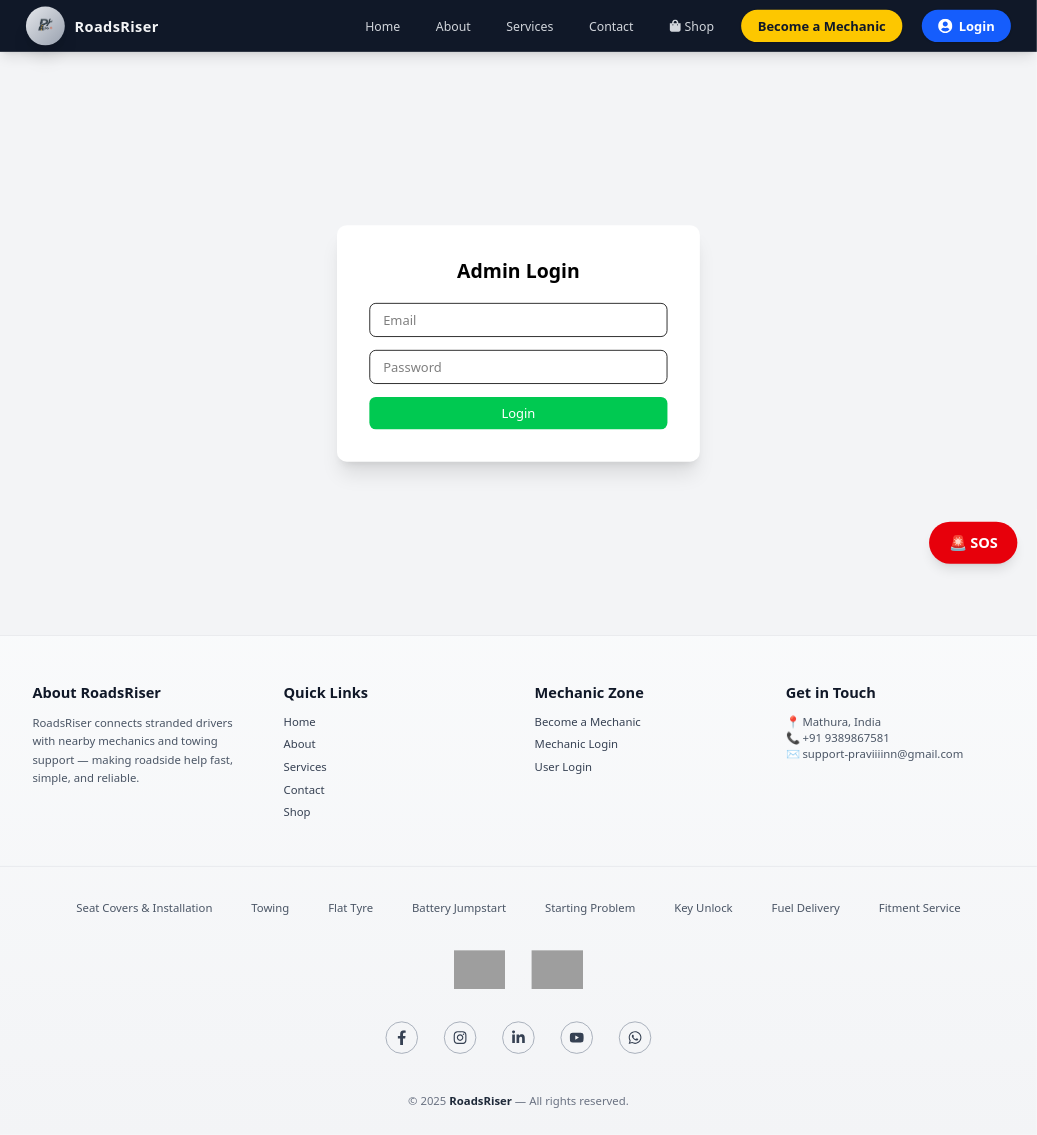
Repository: pravin-8859/ROADSRISER-APP
Page: /admin/login (app in frontend/)
An editor plug-in stored every save of this project. The page is shown before and after the next save, followed by the edit.
The browser window is 1280 px wide. The pictures show the whole page, at 81% of full size.
Pictures or frames that could not be fetched are drawn as grey boxes. The project was rebuilt for these pictures with package versions that can differ from the ones it lists, and the page was loaded fresh each time. Also part of the build but not shown: frontend/vite.config.js, frontend/src/components/MainSection.jsx, frontend/src/pages/Home.jsx, frontend/src/pages/MechanicSearch.jsx, frontend/src/pages/RequestHelp.jsx, frontend/src/pages/Shop.jsx, frontend/src/pages/About.jsx, frontend/src/pages/Services.jsx and 16 more.

Above is the page before, as saved 2025-11-20 15:10:00.

### frontend/src/App.jsx
import React from "react";
import { BrowserRouter as Router, Routes, Route, Navigate } from "react-router-dom";
import Navbar from "./components/Navbar";
import Footer from "./components/Footer";
import Home from "./pages/Home"; // keep if exists
import MechanicSearch from "./pages/MechanicSearch";
import RequestHelp from "./pages/RequestHelp";
import Shop from "./pages/Shop";
import About from "./pages/About";
import Services from "./pages/Services";
import Contact from "./pages/Contact";
import UserSignup from "./pages/UserSignup";
import UserLogin from "./pages/UserLogin";
import DashboardUser from "./pages/user/DashboardUser";
import MechanicSignup from "./pages/MechanicSignup";
import MechanicLogin from "./pages/MechanicLogin";
import DashboardMechanic from "./pages/DashboardMechanic"; // full mechanic dashboard demo
import ForgotPassword from "./pages/ForgotPassword";
import ResetPassword from "./pages/ResetPassword";
import ScrollToTop from "./components/ScrollToTop";
import SOSButton from "./components/SOSButton";

import AdminLogin from "./pages/AdminLogin";
import DashboardAdmin from "./pages/DashboardAdmin";

export default function App() {
  return (
    <Router>
      <Navbar />
      <div className="pt-16">
        <ScrollToTop />
        <Routes>
          <Route path="/user/signup" element={<UserSignup />} />
          <Route path="/user/login" element={<UserLogin />} />
          <Route path="/user/dashboard" element={<DashboardUser />} />
          <Route path="/auth/mechanic/signup" element={<MechanicSignup />} />
          <Route path="/auth/mechanic/login" element={<MechanicLogin />} />
          <Route path="/mechanic/dashboard" element={<DashboardMechanic />} />
          <Route path="/forgot-password" element={<ForgotPassword />} />
          <Route path="/reset-password/:token" element={<ResetPassword />} />
          <Route path="/about" element={<About />} />
          <Route path="/services" element={<Services />} />
          <Route path="/contact" element={<Contact />} />
          <Route path="/shop" element={<Shop />} />
          <Route path="/mechanic-search" element={<MechanicSearch />} />
          <Route path="/request-help" element={<RequestHelp />} />
          <Route path="/" element={<Home />} />
          <Route path="*" element={<Navigate to="/user/login" />} />

          <Route path="/admin/login" element={<AdminLogin/>} />
          <Route path="/admin/dashboard" element={<DashboardAdmin/>} />
        </Routes>
        <Footer />
        <SOSButton />
      </div>
    </Router>
  );
}

### frontend/src/components/Footer.jsx
import { Link } from "react-router-dom";
import {
  FaFacebookF,
  FaInstagram,
  FaLinkedinIn,
  FaYoutube,
  FaWhatsapp,
} from "react-icons/fa";

export default function Footer() {
  return (
    <footer className="relative bg-gradient-to-b from-gray-50 to-gray-100 dark:from-gray-900 dark:to-gray-950 text-gray-700 dark:text-gray-300 border-t border-gray-200 dark:border-gray-800 transition-colors duration-500">

      {/* 🌟 TOP SECTION */}
      <div className="max-w-7xl mx-auto px-6 sm:px-8 lg:px-10 py-14
                      grid grid-cols-1 sm:grid-cols-4 gap-10">

        {/* About */}
        <div>
          <h2 className="text-lg font-semibold text-gray-900 dark:text-white mb-3">
            About RoadsRiser
          </h2>
          <p className="text-sm leading-relaxed text-gray-600 dark:text-gray-400">
            RoadsRiser connects stranded drivers with nearby mechanics and towing
            support — making roadside help fast, simple, and reliable.
          </p>
        </div>

        {/* Quick Links */}
        <div>
          <h2 className="text-lg font-semibold text-gray-900 dark:text-white mb-3">
            Quick Links
          </h2>
          <ul className="space-y-2 text-sm">
            {[
              { to: "/", label: "Home" },
              { to: "/about", label: "About" },
              { to: "/services", label: "Services" },
              { to: "/contact", label: "Contact" },
              { to: "/shop", label: "Shop" },
            ].map((link, i) => (
              <li key={i}>
                <Link
                  to={link.to}
                  className="hover:text-indigo-600 dark:hover:text-indigo-400 transition-colors duration-300"
                >
                  {link.label}
                </Link>
              </li>
            ))}
          </ul>
        </div>

        {/* ⭐ NEW: Mechanic Zone (ADDED ONLY THIS SECTION) */}
        <div>
          <h2 className="text-lg font-semibold text-gray-900 dark:text-white mb-3">
            Mechanic Zone
          </h2>

          <ul className="space-y-2 text-sm">
            <li>
              <Link
                to="/auth/mechanic/signup"
                className="hover:text-indigo-600 dark:hover:text-indigo-400 transition-colors duration-300"
              >
                Become a Mechanic
              </Link>
            </li>

            <li>
              <Link
                to="/auth/mechanic/login"
                className="hover:text-indigo-600 dark:hover:text-indigo-400 transition-colors duration-300"
              >
                Mechanic Login
              </Link>
            </li>

            <li>
              <Link
                to="/auth/user/login"
                className="hover:text-indigo-600 dark:hover:text-indigo-400 transition-colors duration-300"
              >
                User Login
              </Link>
            </li>
          </ul>
        </div>

        {/* Contact Info */}
        <div>
          <h2 className="text-lg font-semibold text-gray-900 dark:text-white mb-3">
            Get in Touch
          </h2>
          <p className="text-sm text-gray-600 dark:text-gray-400">📍 Mathura, India</p>
          <p className="text-sm text-gray-600 dark:text-gray-400">📞 +91 9389867581</p>
          <p className="text-sm text-gray-600 dark:text-gray-400">✉️ support-praviiiinn@gmail.com</p>
        </div>

      </div>

      {/* 🌟 SERVICES + SOCIALS SECTION */}
      <div className="max-w-7xl mx-auto px-6 sm:px-8 lg:px-10 border-t border-gray-200 dark:border-gray-700 pt-10 pb-8 text-center">

        {/* Services Row */}
        <div className="flex flex-wrap justify-center gap-x-6 gap-y-3 md:gap-x-12
                        text-sm font-medium text-gray-600 dark:text-gray-400 mb-10 leading-relaxed">
          {[
            "Seat Covers & Installation",
            "Towing",
            "Flat Tyre",
            "Battery Jumpstart",
            "Starting Problem",
            "Key Unlock",
            "Fuel Delivery",
            "Fitment Service",
          ].map((service, i) => (
            <span
              key={i}
              className="hover:text-indigo-600 dark:hover:text-indigo-400 transition duration-300 cursor-default"
            >
              {service}
            </span>
          ))}
        </div>

        {/* App Store Buttons */}
        <div className="flex flex-wrap justify-center items-center gap-8 mb-10">
          <a
            href="https://www.apple.com/in/app-store/"
            target="_blank"
            rel="noopener noreferrer"
            className="hover:scale-105 transition-transform duration-300"
          >
            <img
              src="https://developer.apple.com/assets/elements/badges/download-on-the-app-store.svg"
              alt="Download on the App Store"
              className="h-10 md:h-12 filter dark:brightness-90"
            />
          </a>

          <a
            href="https://play.google.com/store"
            target="_blank"
            rel="noopener noreferrer"
            className="hover:scale-105 transition-transform duration-300"
          >
            <img
              src="https://upload.wikimedia.org/wikipedia/commons/7/78/Google_Play_Store_badge_EN.svg"
              alt="Get it on Google Play"
              className="h-10 md:h-12 filter dark:brightness-90"
            />
          </a>
        </div>

        {/* Social Icons */}
        <div className="flex justify-center items-center gap-6 md:gap-8 mb-8">
          {[
            { icon: <FaFacebookF />, link: "https://facebook.com" },
            { icon: <FaInstagram />, link: "https://instagram.com" },
            { icon: <FaLinkedinIn />, link: "https://linkedin.com" },
            { icon: <FaYoutube />, link: "https://youtube.com" },
            { icon: <FaWhatsapp />, link: "https://wa.me/9389867581" },
          ].map((s, i) => (
            <a
              key={i}
              href={s.link}
              target="_blank"
              rel="noopener noreferrer"
              className="w-10 h-10 flex items-center justify-center rounded-full border
                         border-gray-400 dark:border-gray-600 text-gray-700 dark:text-gray-300
                         hover:text-white hover:bg-indigo-600 hover:border-indigo-600
                         transition-all duration-300 text-lg"
            >
              {s.icon}
            </a>
          ))}
        </div>

        {/* COPYRIGHT */}
        <div className="text-center text-sm text-gray-500 dark:text-gray-400 pt-4 border-top border-gray-200 dark:border-gray-700 mt-6">
          © {new Date().getFullYear()}{" "}
          <span className="font-semibold text-gray-800 dark:text-gray-200">
            RoadsRiser
          </span>{" "}
          — All rights reserved.
        </div>
      </div>
    </footer>
  );
}

### frontend/src/components/ScrollToTop.jsx
import { useEffect } from "react";
import { useLocation } from "react-router-dom";

export default function ScrollToTop() {
  const { pathname } = useLocation();

  useEffect(() => {
    window.scrollTo({
      top: 0,
      behavior: "smooth", // ya "auto" agar instant jump chahiye
    });
  }, [pathname]);

  return null;
}

### frontend/src/components/SOSButton.jsx
import { useState } from "react";
import { useNavigate } from "react-router-dom";

export default function SOSButton() {
  const [loading, setLoading] = useState(false);
  const [message, setMessage] = useState("");
  const navigate = useNavigate();

  // Example: token check (you can replace with your auth state or context)
  const isLoggedIn = !!localStorage.getItem("token"); // token stored on login

  const sendSOS = async () => {
    if (!isLoggedIn) {
      alert("⚠️ Please login first to request help.");
      navigate("/auth"); // redirect to login/signup page
      return;
    }

    setLoading(true);
    setMessage("");

    try {
      // Optionally, get live location
      navigator.geolocation.getCurrentPosition(async (pos) => {
        const { latitude, longitude } = pos.coords;

        const response = await fetch("http://localhost:5000/api/report/sos", {
          method: "POST",
          headers: {
            "Content-Type": "application/json",
            Authorization: `Bearer ${localStorage.getItem("token")}`,
          },
          body: JSON.stringify({
            latitude,
            longitude,
            type: "Emergency SOS",
          }),
        });

        if (response.ok) {
          setMessage("🚨 SOS request sent successfully!");
        } else {
          setMessage("❌ Failed to send SOS request.");
        }
        setLoading(false);
      });
    } catch (err) {
      setMessage("⚠️ Error getting location or sending request.");
      setLoading(false);
    }
  };

  return (
    <>
      {/* Floating SOS Button */}
      <button
        onClick={sendSOS}
        disabled={loading}
        className={`fixed bottom-6 right-6 z-50 px-6 py-3 rounded-full shadow-lg text-white font-bold text-lg transition-all ${
          loading ? "bg-gray-400 cursor-not-allowed" : "bg-red-600 hover:bg-red-700"
        }`}
      >
        {loading ? "Sending..." : "🚨 SOS"}
      </button>

      {/* Response message */}
      {message && (
        <div className="fixed bottom-20 right-6 bg-white border border-gray-300 shadow-md p-3 rounded-md text-gray-800 text-sm">
          {message}
        </div>
      )}
    </>
  );
}

### frontend/src/pages/AdminLogin.jsx
import { useState } from "react";
import API from "../services/api";
import { useNavigate } from "react-router-dom";

export default function AdminLogin() {
  const navigate = useNavigate();
  const [form,setForm]=useState({email:"",password:""});

  const handleChange = e=>setForm({...form,[e.target.name]:e.target.value});
  const handleSubmit=async e=>{
    e.preventDefault();
    try{
      const res = await API.post("/admin/login",form);
      localStorage.setItem("token",res.data.token);
      localStorage.setItem("role","admin");
      alert(res.data.message);
      navigate("/admin/dashboard");
    }catch(err){
      alert(err.response?.data?.error||"Login failed");
    }
  }

  return (
    <div className="min-h-screen flex items-center justify-center bg-gray-100">
      <div className="bg-white p-10 rounded-xl shadow-xl w-full max-w-md">
        <h2 className="text-2xl font-bold mb-6 text-center">Admin Login</h2>
        <form className="space-y-4" onSubmit={handleSubmit}>
          <input name="email" placeholder="Email" type="email" onChange={handleChange} className="w-full px-4 py-2 border rounded-lg focus:ring-2 focus:ring-green-400" required/>
          <input name="password" placeholder="Password" type="password" onChange={handleChange} className="w-full px-4 py-2 border rounded-lg focus:ring-2 focus:ring-green-400" required/>
          <button className="w-full bg-green-500 text-white py-2 rounded-lg hover:bg-green-600 transition">Login</button>
        </form>
      </div>
    </div>
  )
}

Loaded but not shown: frontend/index.html (common file); frontend/src/main.jsx (common file); frontend/src/index.css (common file); frontend/src/api/adminApi.js (62 lines, source omitted); frontend/src/services/api.js (14 lines, source omitted); frontend/src/components/Navbar.jsx (213 lines, source omitted)

After the next save:
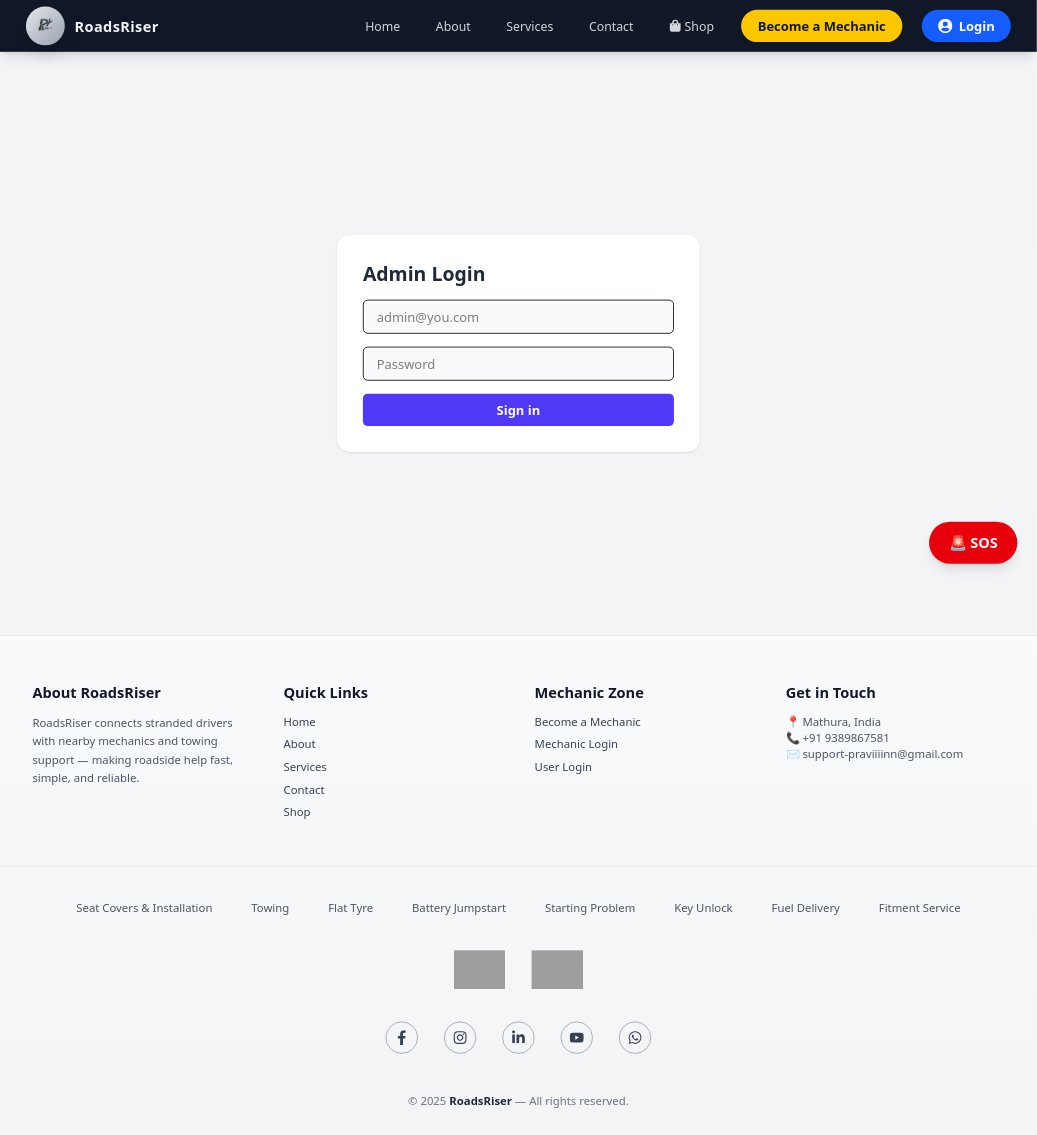
Saved 11 s later.
--- a/frontend/src/pages/AdminLogin.jsx
+++ b/frontend/src/pages/AdminLogin.jsx
@@ -1,35 +1,47 @@
-import { useState } from "react";
-import API from "../services/api";
+// src/pages/AdminLogin.jsx
+import React, { useState } from "react";
 import { useNavigate } from "react-router-dom";
+import { adminLoginApi } from "../api/adminApi";
 
 export default function AdminLogin() {
-  const navigate = useNavigate();
-  const [form,setForm]=useState({email:"",password:""});
+  const nav = useNavigate();
+  const [form, setForm] = useState({ email: "", password: "" });
+  const [loading, setLoading] = useState(false);
 
-  const handleChange = e=>setForm({...form,[e.target.name]:e.target.value});
-  const handleSubmit=async e=>{
+  const handle = (e) => setForm({ ...form, [e.target.name]: e.target.value });
+
+  const submit = async (e) => {
     e.preventDefault();
-    try{
-      const res = await API.post("/admin/login",form);
-      localStorage.setItem("token",res.data.token);
-      localStorage.setItem("role","admin");
-      alert(res.data.message);
-      navigate("/admin/dashboard");
-    }catch(err){
-      alert(err.response?.data?.error||"Login failed");
+    setLoading(true);
+    try {
+      const res = await adminLoginApi(form.email, form.password);
+      // backend should return token
+      localStorage.setItem("adminToken", res.token);
+      localStorage.setItem("role", "admin");
+      alert(res.message || "Login successful");
+      nav("/admin/dashboard");
+    } catch (err) {
+      alert(err.response?.data?.message || "Login failed");
+    } finally {
+      setLoading(false);
     }
-  }
+  };
 
   return (
-    <div className="min-h-screen flex items-center justify-center bg-gray-100">
-      <div className="bg-white p-10 rounded-xl shadow-xl w-full max-w-md">
-        <h2 className="text-2xl font-bold mb-6 text-center">Admin Login</h2>
-        <form className="space-y-4" onSubmit={handleSubmit}>
-          <input name="email" placeholder="Email" type="email" onChange={handleChange} className="w-full px-4 py-2 border rounded-lg focus:ring-2 focus:ring-green-400" required/>
-          <input name="password" placeholder="Password" type="password" onChange={handleChange} className="w-full px-4 py-2 border rounded-lg focus:ring-2 focus:ring-green-400" required/>
-          <button className="w-full bg-green-500 text-white py-2 rounded-lg hover:bg-green-600 transition">Login</button>
+    <div className="min-h-screen flex items-center justify-center bg-gray-100 dark:bg-gray-900 p-6">
+      <div className="w-full max-w-md bg-white dark:bg-gray-800 rounded-2xl p-8 shadow">
+        <h2 className="text-2xl font-bold mb-4 text-gray-800 dark:text-gray-100">Admin Login</h2>
+        <form onSubmit={submit} className="space-y-4">
+          <input name="email" value={form.email} onChange={handle} required type="email"
+            className="w-full px-4 py-2 rounded-md border dark:border-gray-700 bg-gray-50 dark:bg-gray-900" placeholder="admin@you.com" />
+          <input name="password" value={form.password} onChange={handle} required type="password"
+            className="w-full px-4 py-2 rounded-md border dark:border-gray-700 bg-gray-50 dark:bg-gray-900" placeholder="Password" />
+          <button disabled={loading}
+            className="w-full py-2 rounded-md bg-indigo-600 text-white font-semibold">
+            {loading ? "Signing in..." : "Sign in"}
+          </button>
         </form>
       </div>
     </div>
-  )
+  );
 }
